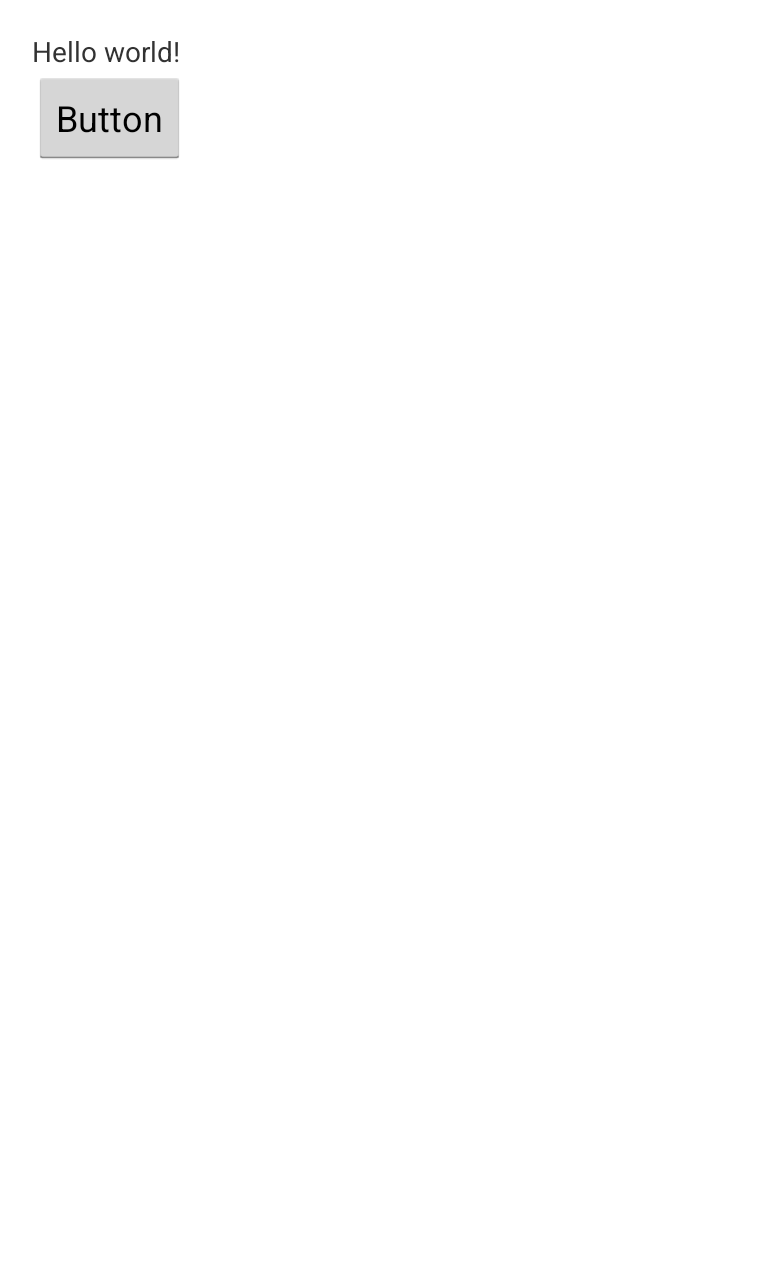
Repository: pratikgholam/DemoRepo
Layout: HelloApp/res/layout/activity_main.xml
These files come from the project's save history. The layout is drawn as it stood at one moment and after the next save; the edit follows.
It is drawn on a 768 x 1280 px phone screen (xhdpi) without system bars, with theme AppTheme; the app's code is not run.

Above is the layout before, as saved 2016-11-09 11:51:26.

### HelloApp/res/layout/activity_main.xml
<RelativeLayout xmlns:android="http://schemas.android.com/apk/res/android"
    xmlns:tools="http://schemas.android.com/tools"
    android:layout_width="match_parent"
    android:layout_height="match_parent"
    android:paddingBottom="@dimen/activity_vertical_margin"
    android:paddingLeft="@dimen/activity_horizontal_margin"
    android:paddingRight="@dimen/activity_horizontal_margin"
    android:paddingTop="@dimen/activity_vertical_margin"
    tools:context=".MainActivity" >

    <TextView
        android:id="@+id/textView1"
        android:layout_width="wrap_content"
        android:layout_height="wrap_content"
        android:text="@string/hello_world" />

    <Button
        android:id="@+id/button1"
        android:layout_width="wrap_content"
        android:layout_height="wrap_content"
        android:layout_alignLeft="@+id/textView1"
        android:layout_below="@+id/textView1"
        android:text="Button" />

</RelativeLayout>

### HelloApp/res/values/strings.xml
<?xml version="1.0" encoding="utf-8"?>
<resources>

    <string name="app_name">HelloApp</string>
    <string name="title_activity_main">MainActivity</string>
    <string name="action_settings">Settings</string>
    <string name="hello_world">Hello world!</string>
    <string name="ButtonText">Click Me</string>

</resources>

Loaded but not shown: HelloApp/res/values/styles.xml (common file); HelloApp/res/values-v11/styles.xml (common file); HelloApp/res/values-v14/styles.xml (common file); HelloApp/res/values/dimens.xml (common file)

After the next save:
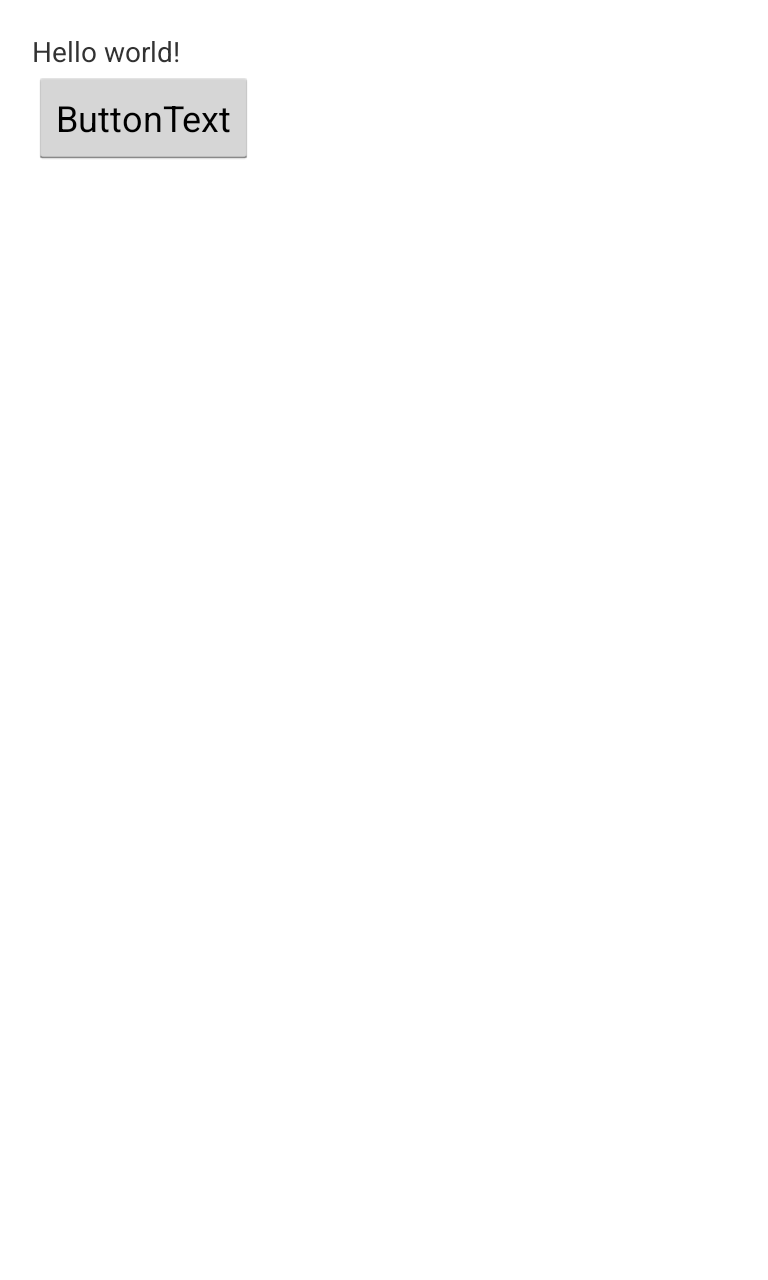
Saved 27 s later.
--- a/HelloApp/res/layout/activity_main.xml
+++ b/HelloApp/res/layout/activity_main.xml
@@ -20,6 +20,6 @@
         android:layout_height="wrap_content"
         android:layout_alignLeft="@+id/textView1"
         android:layout_below="@+id/textView1"
-        android:text="Button" />
+        android:text="ButtonText" />
 
 </RelativeLayout>
